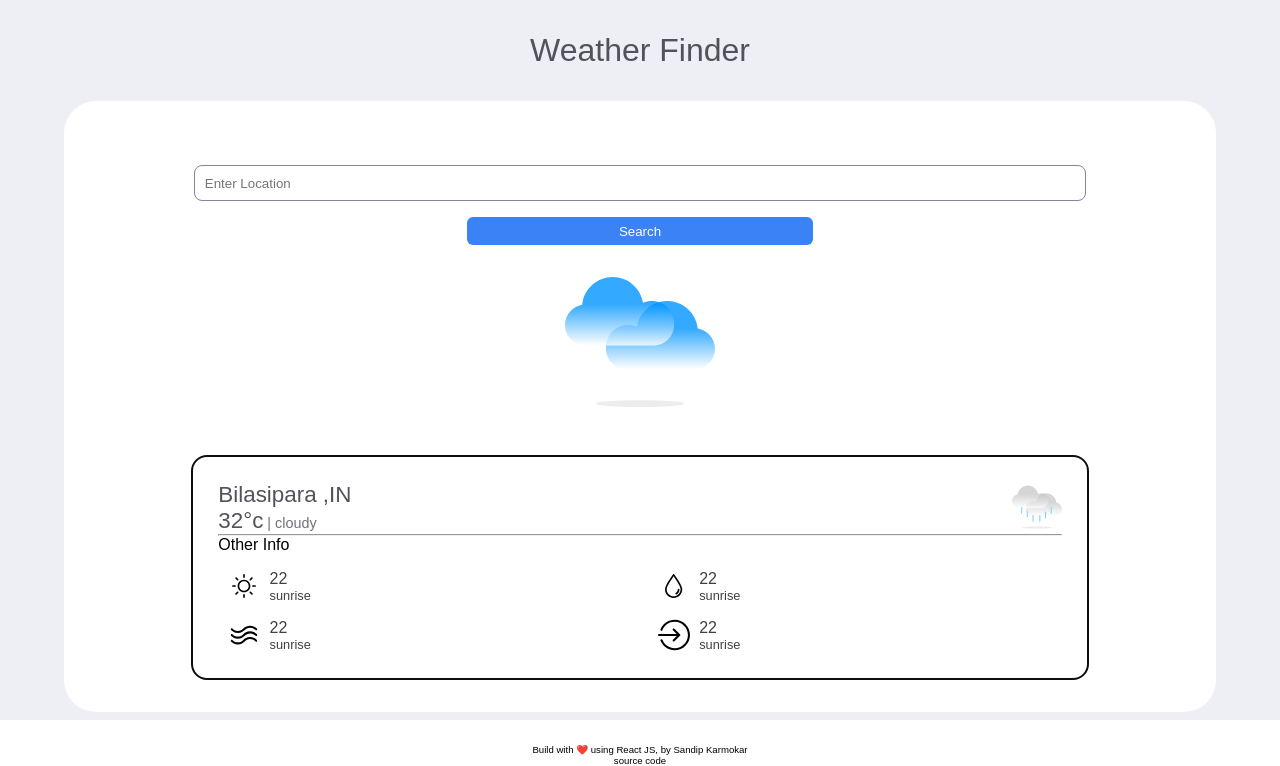
Repository: sandipkarmokar/weather-app
Page: /
The author's editor kept a copy of each file at every save. The page is drawn from the files as they stood at one save, then again after the next save.
The browser window is 1280 px wide. The pictures show the whole page.
The project was rebuilt for these pictures with package versions that can differ from the ones it lists, and the page was loaded fresh each time.

Above is the page before, as saved 2022-04-12 17:32:28.

After the next save:
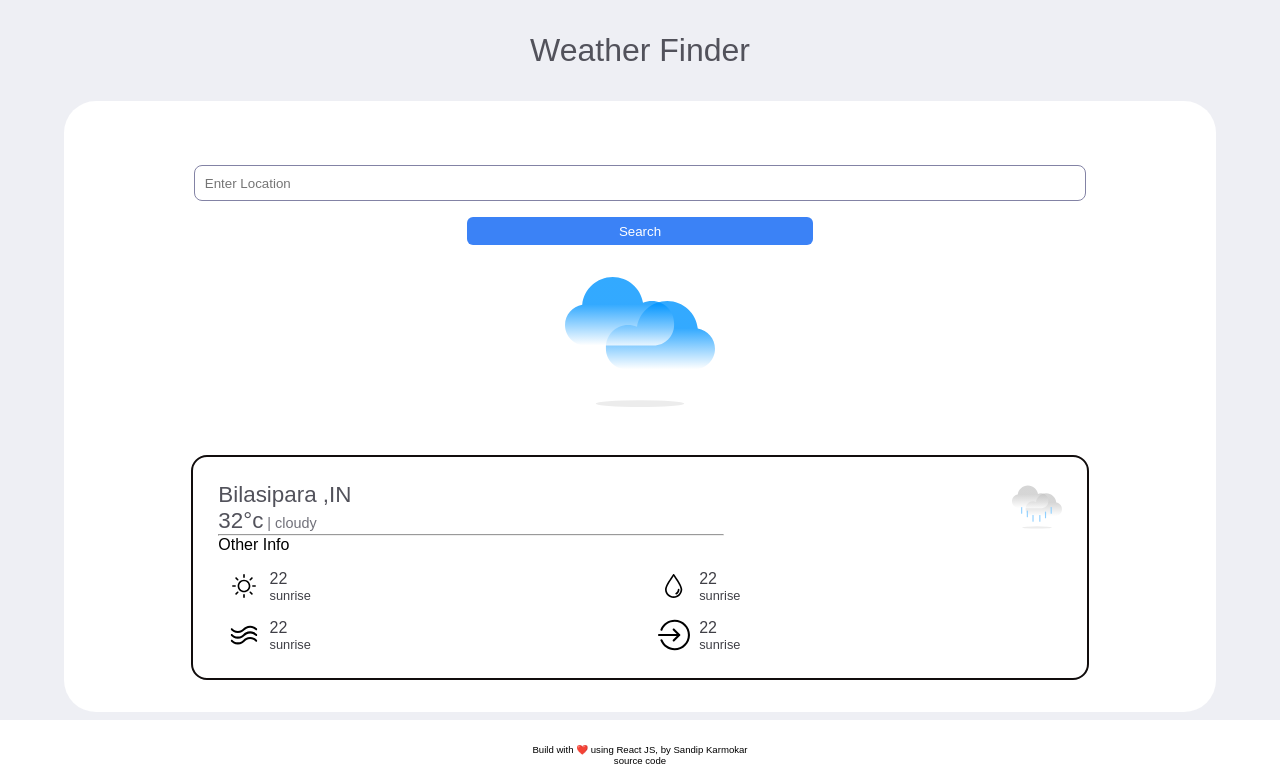
Saved 24 s later.
--- a/src/App.css
+++ b/src/App.css
@@ -86,6 +86,10 @@
     color: #52525b;
 }
 
+.app .app-container .weather-info-show hr {
+    width: 60%;
+}
+
 .app .app-container .weather-info-show .other-info {
     display: flex;
     flex-direction: column;
